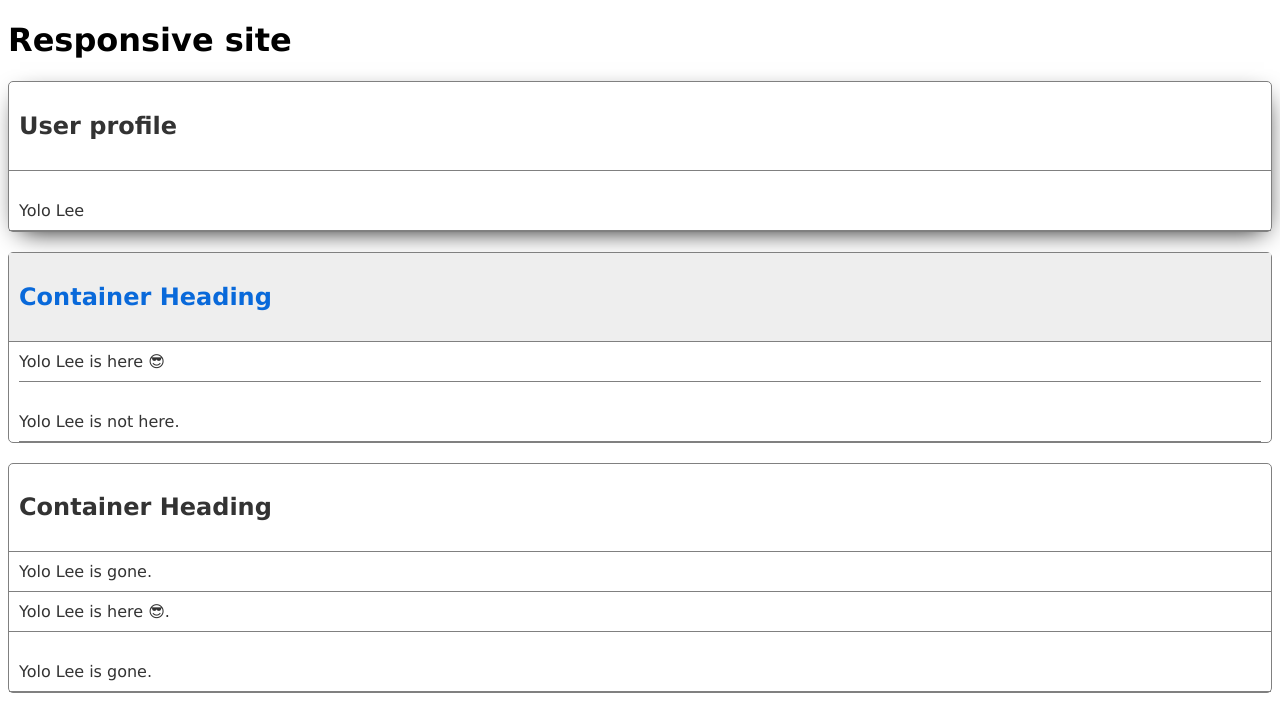
Repository: HyunJunggggg/MDIA2109
Page: inclass/week6/index.html
The author's editor kept a copy of each file at every save. The page is drawn from the files as they stood at one save, then again after the next save.
The browser window is 1280 px wide. The pictures show the whole page.

Above is the page before, as saved 2025-02-13 15:28:11.

### inclass/week6/index.html
<!DOCTYPE html>
<html lang="en">
<head>
  <meta charset="UTF-8">
  <meta name="viewport" content="width=device-width, initial-scale=1.0">
  <link rel="stylesheet" href="css/style.css">
  <title>Code with me and responsive site 😉</title>
</head>

<body>
  <header class="page--header">
  <h1 class="page--header--title">Responsive site</h1>
  <a href="/"></a>
  </header>

  <section class="container container--emphasize">
    <div class="container__content">
      <h1 class="container__title">User profile</h1>
    </div>
    <div class="container__content">
      Yolo Lee
    </div>
  </section>

  <section class="container">
    <header class="container__header">
      <h1 class="container__title">Container Heading</h1>
    </header>
    <div class="container__content container__content--with-margin">
      Yolo Lee is here 😎
    </div>
    <div class="container__content container__content--with-margin">
      Yolo Lee is not here.
    </div>
  </section>

  <section class="container">
    <div class="container__content">
      <h1 class="container__title">Container Heading</h1>
    </div>
    <div class="container__content">
      Yolo Lee is gone.
    </div>
    <div class="container__content">
      Yolo Lee is here 😎.
    </div>
    <div class="container__content">
      Yolo Lee is gone.
    </div>
  </section>
</body>
</html>

### inclass/week6/css/style.css
html{
  font-family: Verdana, Geneva, Tahoma, sans-serif;
}

.container{
  border: 1px solid grey;
  border-radius: 5px;
  color: #333;
  margin-bottom: 20px;

  &.container--emphasize{
    box-shadow: 2px 8px 25px -10px rgb(0,0,0,1);
  }

  &:last-child {
      /* .container + .container
    if container directly next to container
    it will apply. sibling selector
   it can use for .container:last-child */
    margin-top: 20px;
  }
}

.container__header{
  color: #0969da;
  background-color: #eee;
  border-bottom: 1px solid grey;
  padding: 10px;
}

.container__content{
  padding: 10px;
  border-bottom: 1px solid gray;

  &.container__content--with-margin{
    padding: 10px 0;
    margin:  0 10px;
  }

  &:last-child {
  margin-top: 20px;
}
}

After the next save:
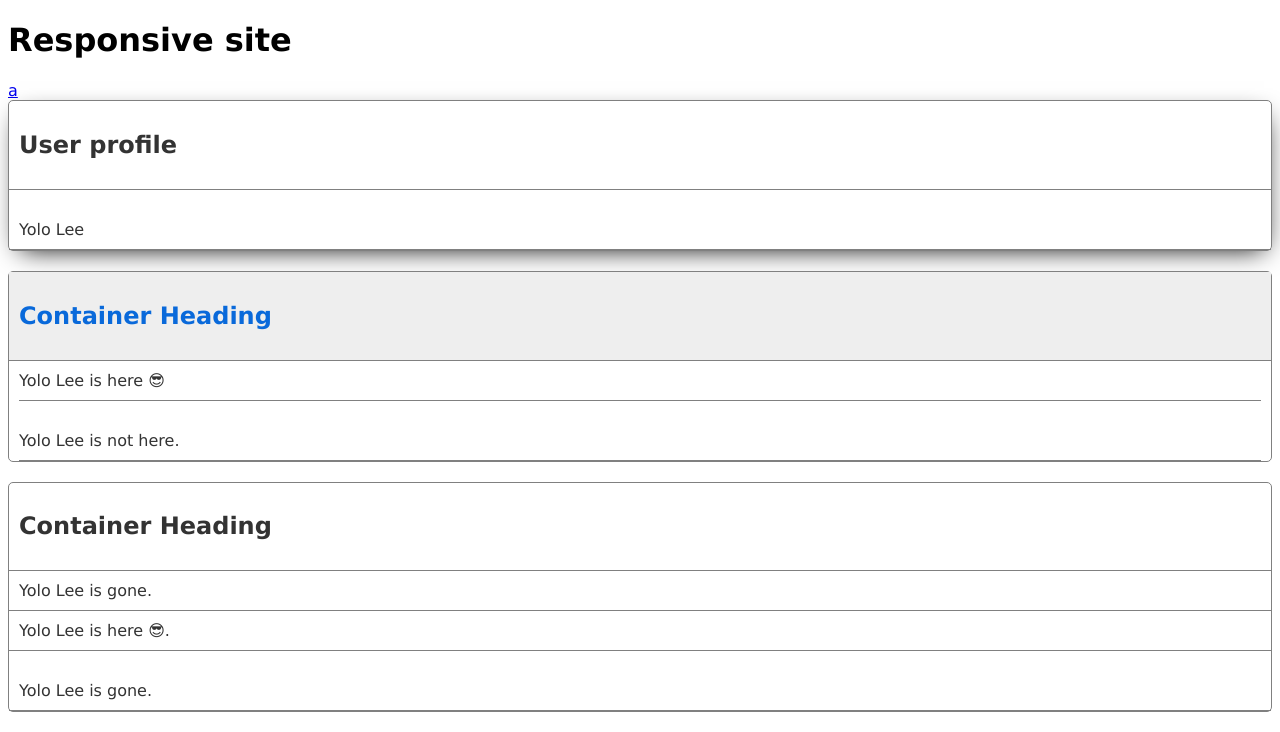
Saved 4 s later.
--- a/inclass/week6/index.html
+++ b/inclass/week6/index.html
@@ -10,7 +10,7 @@
 <body>
   <header class="page--header">
   <h1 class="page--header--title">Responsive site</h1>
-  <a href="/"></a>
+  <a href="/">a</a>
   </header>
 
   <section class="container container--emphasize">
